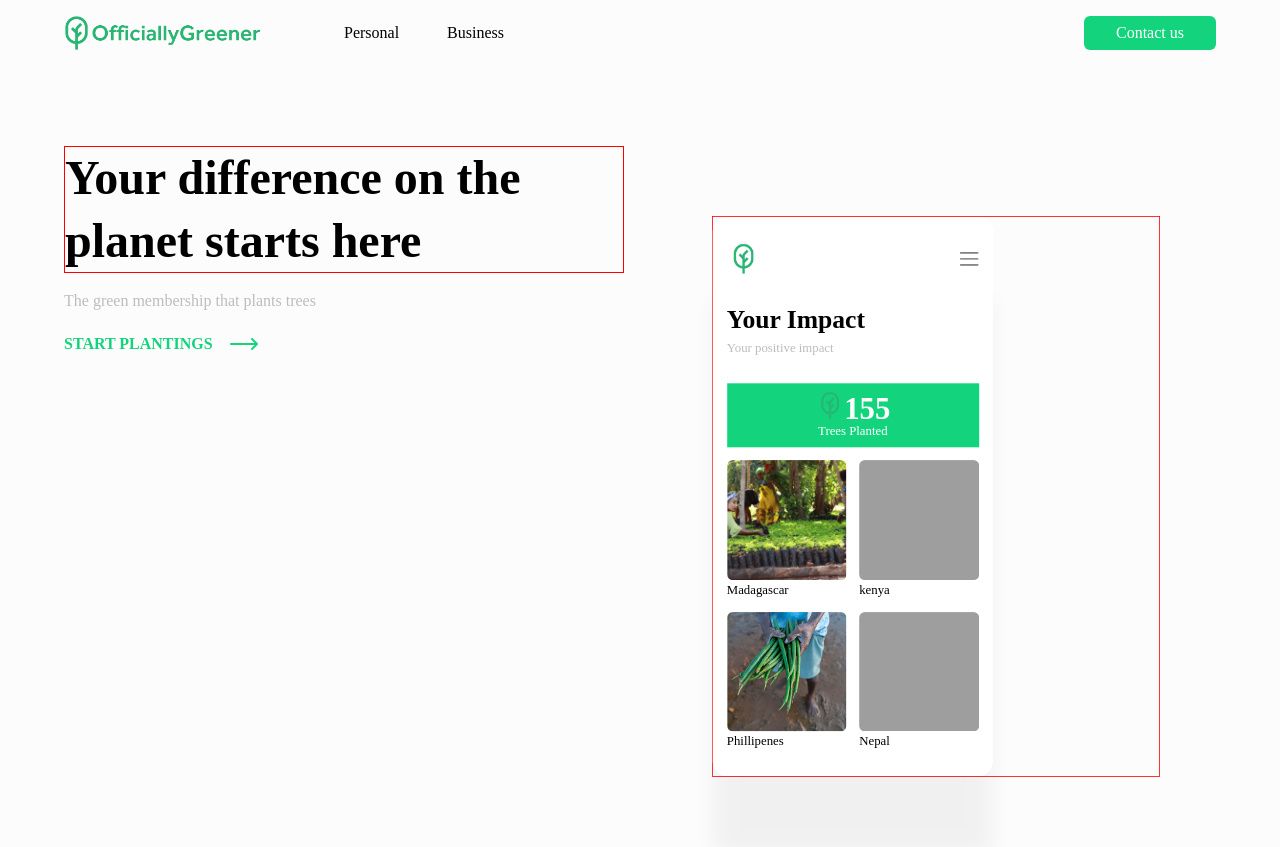
Repository: Sinkycode/Officially-Greener
Page: index.html
These files come from the project's save history. The page is drawn as it stood at one moment and after the next save; the edit follows.
The browser window is 1280 px wide. The pictures show the whole page.
Pictures or frames that could not be fetched are drawn as grey boxes.

Above is the page before, as saved 2023-03-07 23:20:21.

### index.html
<!DOCTYPE html>
<html lang="en">
<head>
  <meta charset="UTF-8">
  <meta http-equiv="X-UA-Compatible" content="IE=edge">
  <meta name="viewport" content="width=device-width, initial-scale=1.0">
  <link rel="stylesheet" href="style.css">
  <title>Officially Greener</title>
</head>
<body>
  <div id="landing-page">
    <header>
      <img src="logo/Officially Greener Transparent background.png" alt="officially mobile logo" id="logo" width="200px">
      <ul class="nav-list">
        <li><a href="http://">Personal</a></li>
        <li><a href="http://">Business</a></li>
      </ul>
     <button class="btn">Contact us</button>
    </header>

    <div class="landing-page__container container">
      <div class="context">
        <h1 class="landing-page__big-txt">Your difference on the planet starts here</h1>
        <p class="landing-page__gray-para">The green membership that plants trees</p>
        <a href="#" class="direct-link">Start plantings<img src="images/icons8-right-arrow-60.png" alt=""></a>
      </div>

      <div class="mockup">
        <div class="phone">
         <div class="container">
          <div class="navigation">
            <img src="logo/officially logo mobile.png" alt="mockup logo" class="phone-logo">
            <img src="images/icons8-menu-rounded-50.png" alt="mockup bars" class="phone-bars">
          </div>
          <div class="wrapper">
            <h1 class="mockup-big-txt">Your Impact</h1>
            <p class="phone-gray-para">Your positive impact</p>
            <div class="tree-planted">
              <div class="rate">
                <img src="logo/officially logo mobile.png">
                <span>155</span>
              </div>
              <p>Trees Planted</p>
            </div>

            <div class="mockup-gallery">
              <div>
                <img src="images/Magagascar.jpg" alt="">
                <span>Madagascar</span>
              </div>
              <div>
                <img src="images/Kenya.jpg" alt="">
                <span>kenya</span>
              </div>
              <div>
                <img src="images/Phillipenes.jpg" alt="">
                <span>Phillipenes</span>
              </div>
              <div>
                <img src="images/Nepal.jpg" alt="">
                <span>Nepal</span>
              </div>

            </div>
          </div>
         </div>
        </div>
      </div>
    </div>
  </div>
</body>
</html>

### style.css
:root {
  --accent: rgb(19, 212, 125);
}

*, *::after, *::before {
  box-sizing: border-box;
  margin: 0;
  padding: 0;
}

html, body {
  font-family: 'effra';
  scroll-behavior: smooth;
  overflow-x: hidden;
}

body {
  line-height: 1.5;
  font-size: 16px;
  background-color:hsl(0, 0%, 99%);
}

/* CUSTOMIZATION */
img {
  max-width: 100%;
  display: block;
}

button, input {
  outline: none;
  border: none;
  /* background: transparent; */
  font-family: inherit;
  font-size: inherit;
  color: inherit;
}

ul, p {
  margin: 0;
  list-style: none;

}

a {
  text-decoration: none;
  color: inherit;
}

h1,h2,h3 {
  margin: 0;
}

.container {
  max-width: 90%;
  margin: 0 auto;
}

header {
  display: flex;
  align-items: center;
  gap: 5rem;
  padding-block: 1rem;
  max-width: 90%;
  margin: 0 auto;
  /* border: 1px solid red; */
}

.nav-list {
  display: flex;
  gap: 3rem;
}

header > *:last-child {
  margin-left: auto;
}

.btn {
  background-color: var(--accent);
  color: white;
  padding: .5rem 2rem;
  border-radius: 6px;
}

@media (min-width: 1200px) {
  .landing-page__container {
    /* border: 1px solid red; */
    padding-top: 5rem;
    display: grid;
    grid-template-columns: 1fr 1fr;
    gap: 2rem;
  }
}

.landing-page__big-txt {
  font-size: clamp(2rem, 1rem + 10vw, 3rem);
  line-height: 1.3;
  margin-bottom: 1rem;
  border: 1px solid red;
}

.phone-gray-para,
.landing-page__gray-para {
  color: rgb(189, 189, 189);
  margin-bottom: 1rem;
}

.direct-link {
  text-transform: uppercase;
  font-weight: bold;
  color: var(--accent);
  display: flex;
  align-items: center;
  gap: 1rem;
}

.direct-link img {
  width: 30px;
}

/* Mockup */

.mockup {
  transform: scale(.8);
  align-self: flex-start;
  border: 1px solid red;
}

.phone {
  background-color: white;
  max-width: 350px;
  border-radius: 18px;
  padding-block: 2rem;
  box-shadow: 0px 100px 28px rgba(0, 0, 0, 0.047);
}

.mockup .navigation {
  display: flex;
  align-items: center;
  justify-content: space-between;
  margin-bottom: 2rem;
}

.phone-logo {
  max-width: 40px;
}
.phone-bars {
  max-width: 25px;
}

.mockup-big-txt {
  font-size: 2rem;
  font-weight: bold;
}

.phone-gray-para {
  margin-bottom: 2rem;
}

.tree-planted {
  display: block;
  min-height: 80px;
  padding-block: .5rem;
  background-color: var(--accent);
  color: white;
  display: flex;
  flex-direction: column;
  align-items: center;
  justify-content: center;
  margin-bottom: 1rem;
  line-height: initial !important;
}

.tree-planted .rate {
  display: flex;
  align-items: center;
  transform: scale(1.2);
}

.tree-planted .rate img {
  max-width: 30px;
  align-self: flex-start;
}

.tree-planted .rate span {
  align-self: flex-end;
  font-size: 2rem;
  font-weight: bold;
}
.mockup-gallery {
  display: grid;
  grid-template-columns: repeat(2, 1fr);
  gap: 1rem;
}

.mockup-gallery img {
  width: 100%;
  aspect-ratio: 1 / 1;
  object-fit: cover;
  border-radius: 7px;
}

After the next save:
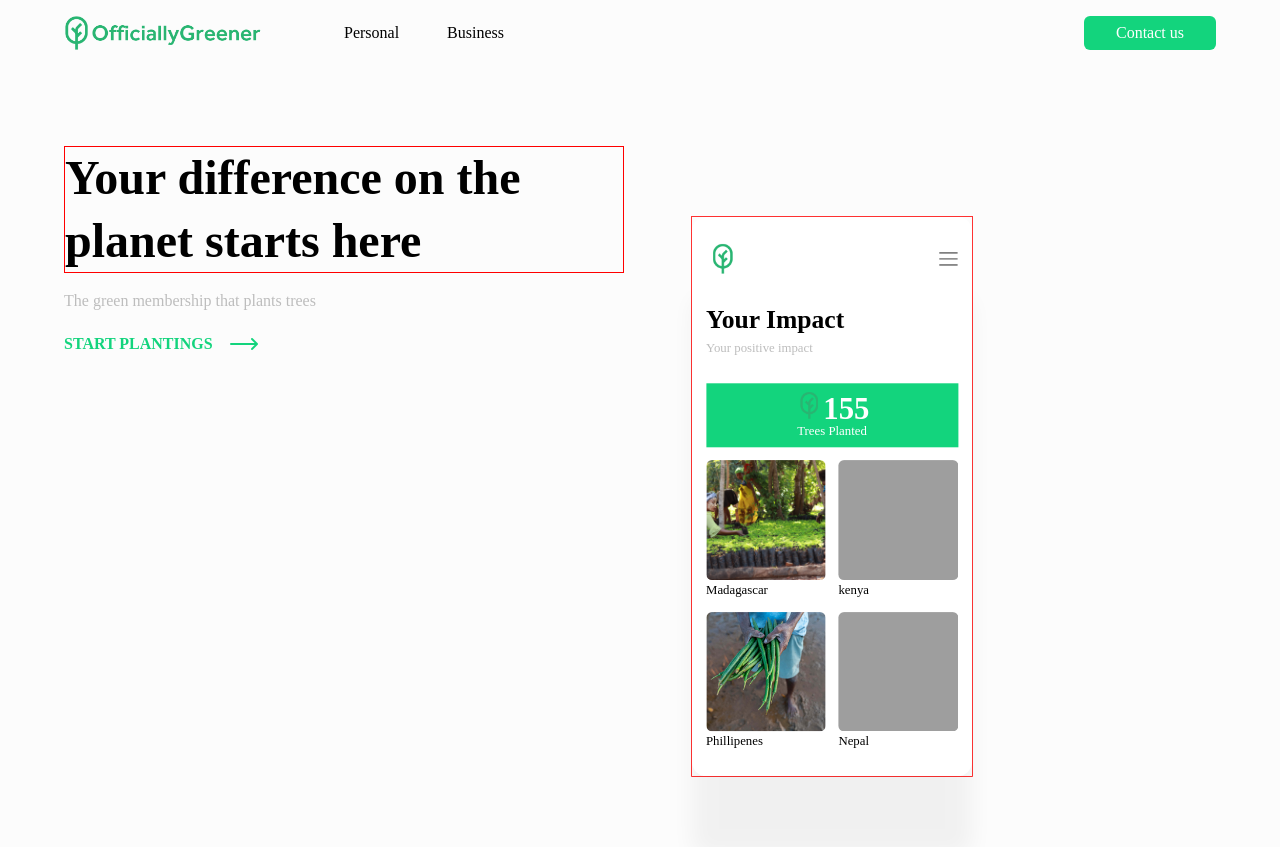
Saved 10 s later.
--- a/style.css
+++ b/style.css
@@ -121,7 +121,7 @@
 
 .mockup {
   transform: scale(.8);
-  align-self: flex-start;
+  justify-self: flex-start;
   border: 1px solid red;
 }
 

After the save that followed:
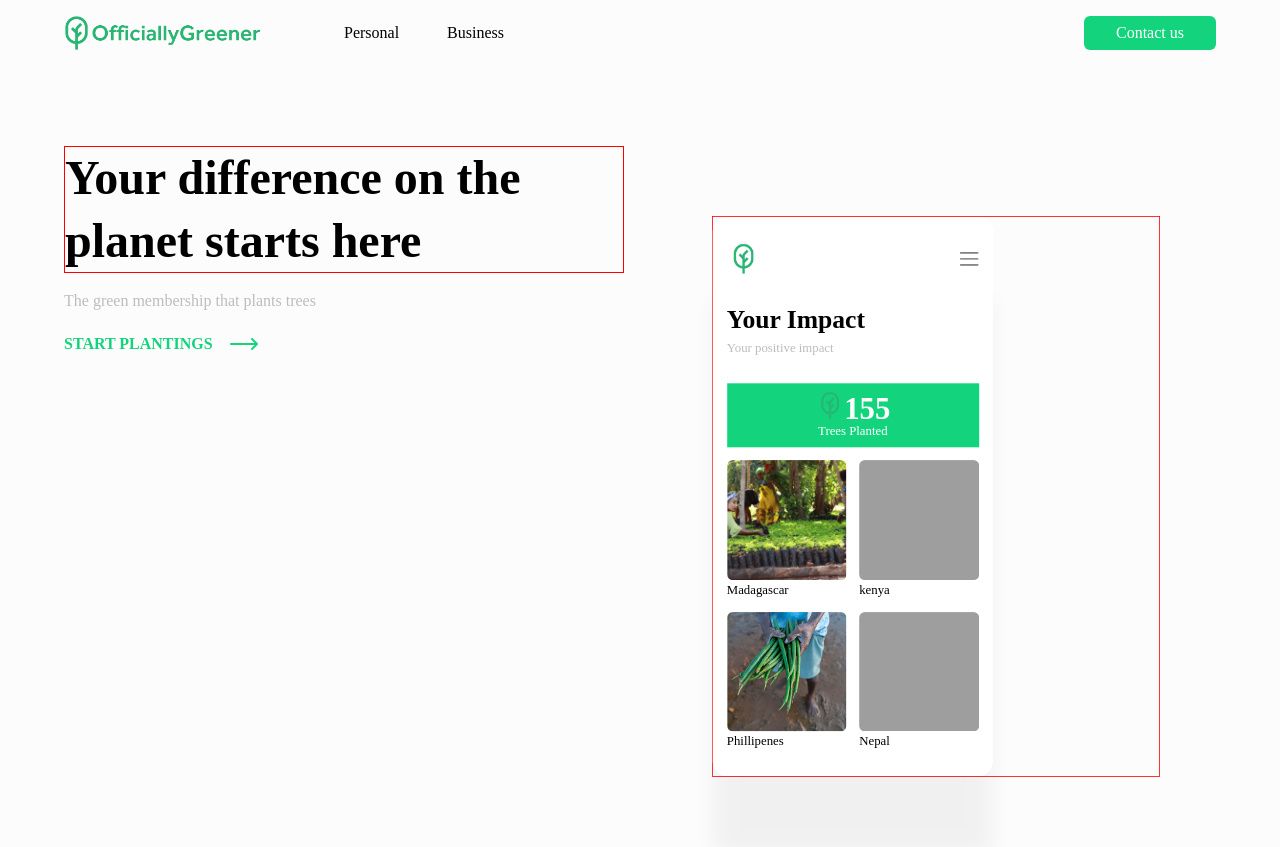
Saved 9 s later.
--- a/style.css
+++ b/style.css
@@ -121,7 +121,6 @@
 
 .mockup {
   transform: scale(.8);
-  justify-self: flex-start;
   border: 1px solid red;
 }
 
